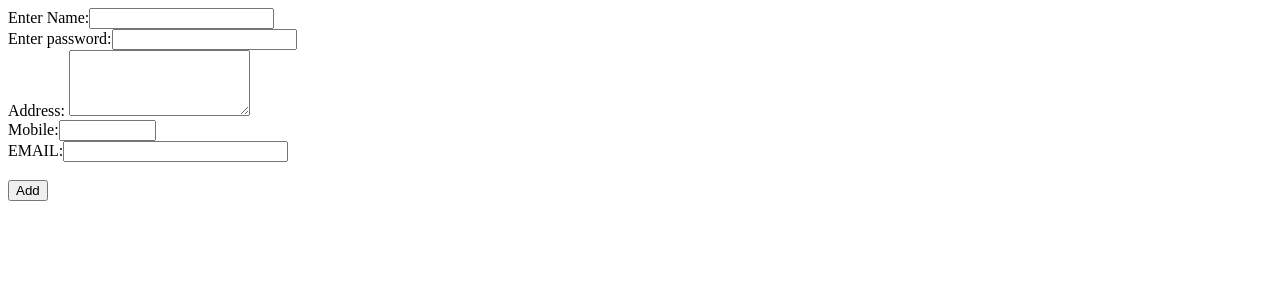
Repository: rishabhsharma0303/demorepository
Page: http://localhost/customerapp2/login.jsp
These files come from the project's save history. The page is drawn as it stood at one moment and after the next save; the edit follows.
The browser window is 1280 px wide. The pictures show the whole page.
The page is served by Tomcat 9.

Above is the page before, as saved 2021-09-01 20:06:58.

After the next save:
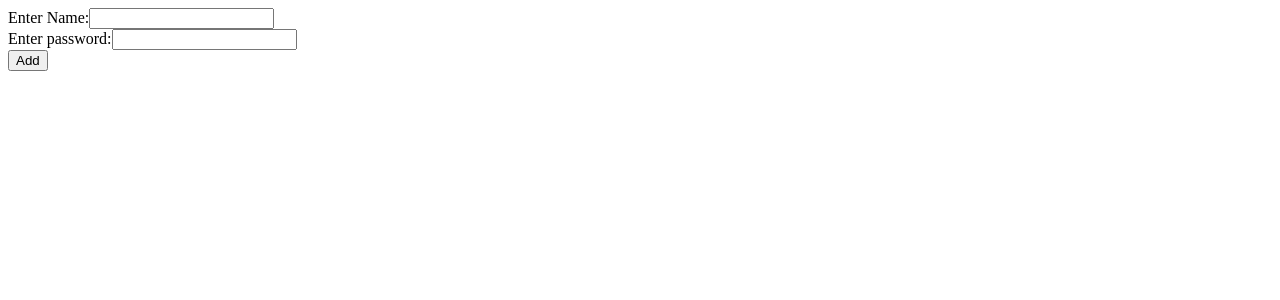
Saved 7 s later.
--- a/customerapp2/WebContent/login.jsp
+++ b/customerapp2/WebContent/login.jsp
@@ -11,10 +11,7 @@
 Enter Name:<input type="text" name="id"/><br>
 
 Enter password:<input type="password" name="name"/><br>
-Address: <textarea name="address" rows="4" cols="20"></textarea><br>
-Mobile:<input name="mobile" size="9"/><br>
 
-EMAIL:<input name="email" size="25"/><br><br>
 <input type="submit" value="Add"/>
 </form>
 </body>
